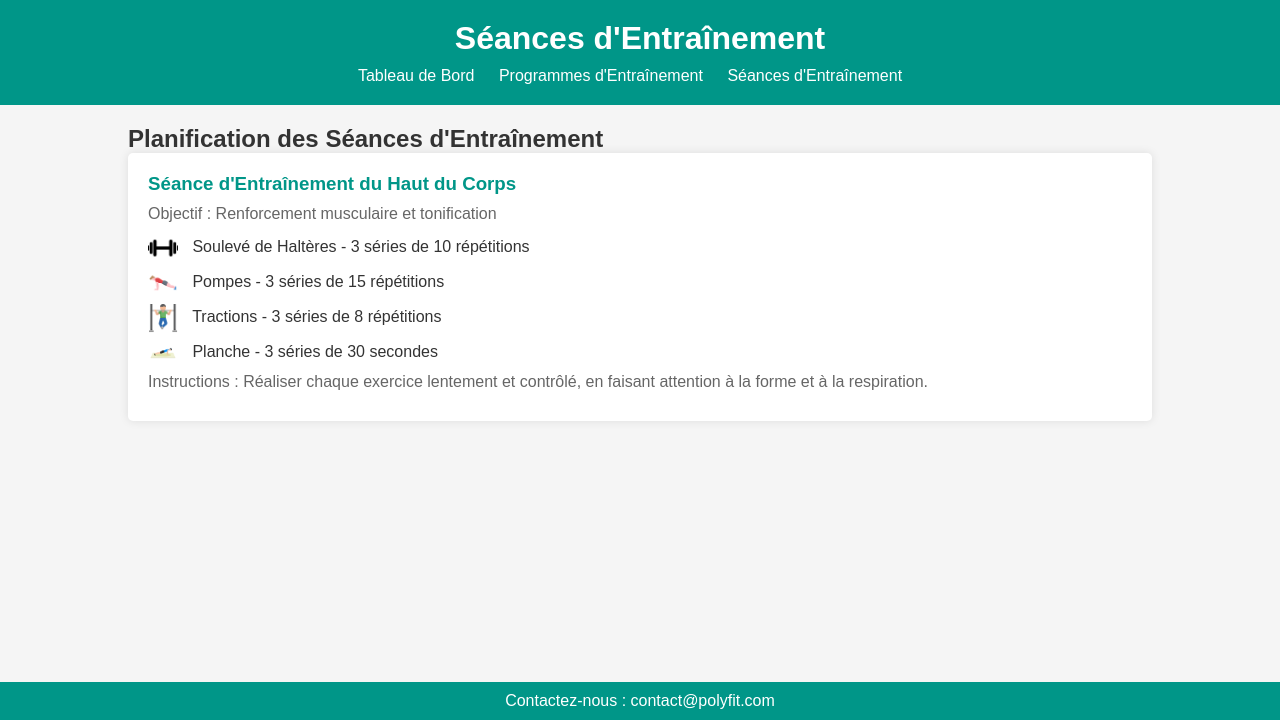
Repository: rimessouabni/polyfit
Page: src/main/resources/static/workouts.html
The author's editor kept a copy of each file at every save. The page is drawn from the files as they stood at one save, then again after the next save.
The browser window is 1280 px wide. The pictures show the whole page.

Above is the page before, as saved 2024-03-18 15:08:27.

After the next save:
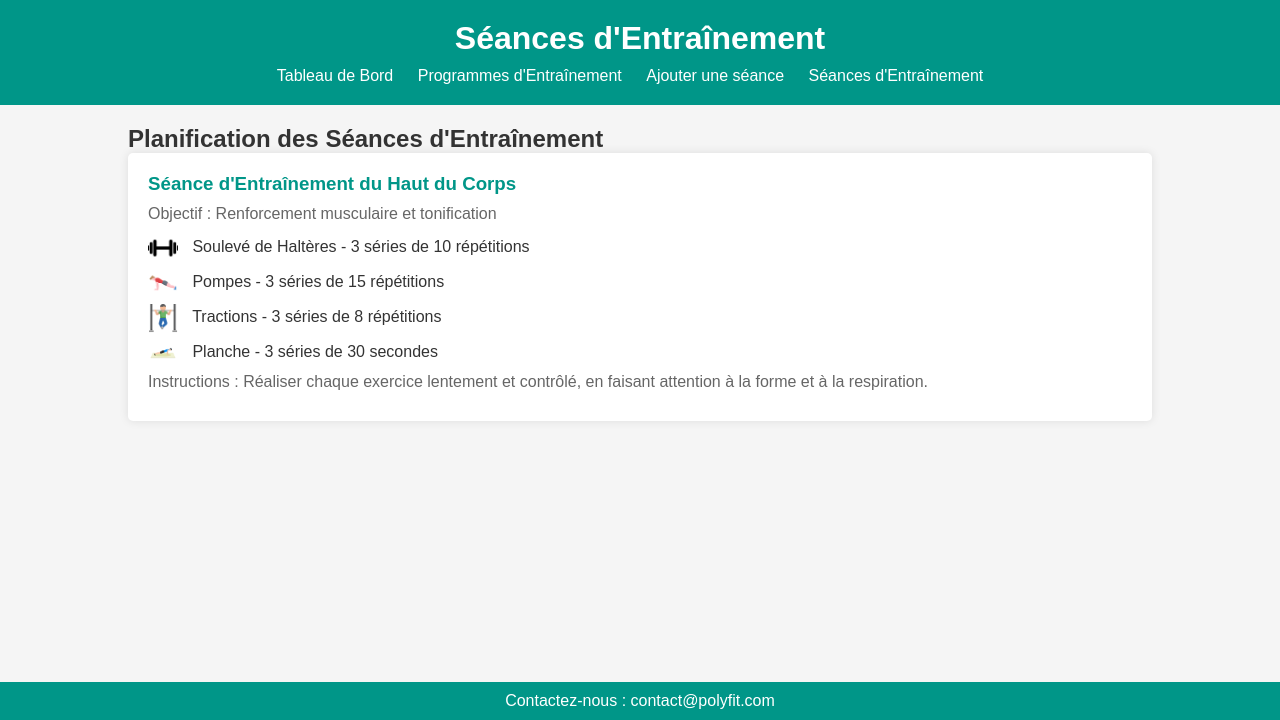
Saved 32 s later.
--- a/src/main/resources/static/workouts.html
+++ b/src/main/resources/static/workouts.html
@@ -13,6 +13,7 @@
             <ul>
                 <li><a href="dashboard.html">Tableau de Bord</a></li>
                 <li><a href="programs.html">Programmes d'Entraînement</a></li>
+                <li><a href="AddWorkout.html">Ajouter une séance</a></li>
                 <li><a href="workouts.html">Séances d'Entraînement</a></li>
             </ul>
         </nav>
